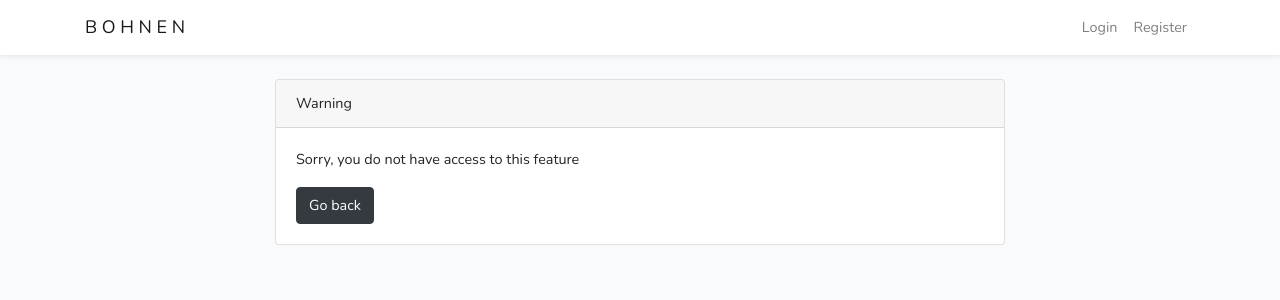
Repository: davidbohnen/BOHNEN
Page: http://localhost/warn
An editor plug-in stored every save of this project. The page is shown before and after the next save, followed by the edit.
The browser window is 1280 px wide. The pictures show the whole page.
The page is served by the project's Laravel application, run on PHP 8.4 with Laravel 8. Other server files are loaded and not shown.

Above is the page before, as saved 2020-05-05 22:29:55.

### routes/web.php
<?php

use Illuminate\Support\Facades\Route;

/*
|--------------------------------------------------------------------------
| Web Routes
|--------------------------------------------------------------------------
|
| Here is where you can register web routes for your application. These
| routes are loaded by the RouteServiceProvider within a group which
| contains the "web" middleware group. Now create something great!
|
*/

Route::get('/', function () {
    return view('welcome');
});

Auth::routes();

Route::get('/home', 'HomeController@index')->name('home');

Route::get('/post/create', 'PostController@create');
Route::post('/post', 'PostController@store');
Route::get('/warn', 'IndexController@warn');
Route::get('/post/{post}', 'PostController@show');

Route::get('/public', 'IndexController@public');

Route::get('/news', 'IndexController@news');


Route::get('/about', 'IndexController@about');
Route::get('/more', 'IndexController@more');
Route::get('/history', 'IndexController@history');
Route::get('/record', 'IndexController@record');
Route::get('/contact', 'IndexController@contact');
Route::get('/live', 'IndexController@live');

### app/Http/Controllers/IndexController.php
<?php

namespace App\Http\Controllers;

use Illuminate\Http\Request;

class IndexController extends Controller
{


    public function index(){

        return view('index');
    }

    public function about(){

        return view('about');
    }

    public function more(){

        return view('more');
    }

    public function history(){

        return view('history');
    }

    public function record(){

        return view('record');
    }

    public function contact(){

        return view('contact');
    }

    public function live(){

        return view('live');
    }

    public function public(){

        return view('public');
    }

    public function warn(){

        return view('warn');
    }

    public function news(){

        return view('news');
    }

}

### resources/views/warn.blade.php
@extends('layouts.app')
@section('content')
<div class="container">
    <div class="row justify-content-center">
        <div class="col-md-8">
            <div class="card">
                <div class="card-header">Warning</div>

                <div class="card-body">
                    @if (session('status'))
                        <div class="alert alert-success" role="alert">
                            {{ session('status') }}
                        </div>
                    @endif
                    <p>Sorry, you do not have access to this feature</p>
                <a href="/home" class="btn btn-dark">Go back</a>

                </div>
            </div>
        </div>
    </div>
</div>
@endsection

### resources/views/layouts/app.blade.php
<!doctype html>
<html lang="{{ str_replace('_', '-', app()->getLocale()) }}">
<head>
    <meta charset="utf-8">
    <meta name="viewport" content="width=device-width, initial-scale=1">

    <!-- CSRF Token -->
    <meta name="csrf-token" content="{{ csrf_token() }}">

    <title>{{ config('BOHNEN', 'B O H N E N') }}</title>


    <!-- Scripts -->
    <script src="{{ asset('js/app.js') }}" defer></script>

    <!-- Fonts -->
    <link rel="dns-prefetch" href="//fonts.gstatic.com">
    <link href="https://fonts.googleapis.com/css?family=Nunito" rel="stylesheet">

    <!-- Styles -->
    <link href="{{ asset('css/app.css') }}" rel="stylesheet">
</head>
<body>
    <div id="app">
        <nav class="navbar navbar-expand-md navbar-light bg-white shadow-sm">
            <div class="container">
                <a class="navbar-brand" href="{{ url('/') }}">
                    {{ config('BOHNEN', 'B O H N E N') }}
                </a>
                <button class="navbar-toggler" type="button" data-toggle="collapse" data-target="#navbarSupportedContent" aria-controls="navbarSupportedContent" aria-expanded="false" aria-label="{{ __('Toggle navigation') }}">
                    <span class="navbar-toggler-icon"></span>
                </button>

                <div class="collapse navbar-collapse" id="navbarSupportedContent">
                    <!-- Left Side Of Navbar -->
                    <ul class="navbar-nav mr-auto">

                    </ul>

                    <!-- Right Side Of Navbar -->
                    <ul class="navbar-nav ml-auto">
                        <!-- Authentication Links -->
                        @guest
                            <li class="nav-item">
                                <a class="nav-link" href="{{ route('login') }}">{{ __('Login') }}</a>
                            </li>
                            @if (Route::has('register'))
                                <li class="nav-item">
                                    <a class="nav-link" href="{{ route('register') }}">{{ __('Register') }}</a>
                                </li>
                            @endif
                        @else
                            <li class="nav-item dropdown">
                                <a id="navbarDropdown" class="nav-link dropdown-toggle" href="#" role="button" data-toggle="dropdown" aria-haspopup="true" aria-expanded="false" v-pre>
                                    {{ Auth::user()->name }} <span class="caret"></span>
                                </a>

                                <div class="dropdown-menu dropdown-menu-right" aria-labelledby="navbarDropdown">
                                <a class="dropdown-item" href="/home">Home

                                       </a>

                                       <a class="dropdown-item" href="/public">Public View

                                       </a>

                                    <a class="dropdown-item" href="{{ route('logout') }}"
                                       onclick="event.preventDefault();
                                                     document.getElementById('logout-form').submit();">
                                        {{ __('Logout') }}
                                    </a>

                                    <form id="logout-form" action="{{ route('logout') }}" method="POST" style="display: none;">
                                        @csrf
                                    </form>
                                </div>
                            </li>
                        @endguest
                    </ul>
                </div>
            </div>
        </nav>

        <main class="py-4">
            @yield('content')
        </main>
    </div>
</body>
</html>

Loaded but not shown: app/Http/Controllers/Auth/LoginController.php (common file); app/Http/Controllers/Controller.php (common file); app/Http/Controllers/Auth/ConfirmPasswordController.php (common file); public/css/app.css (library)

After the next save:
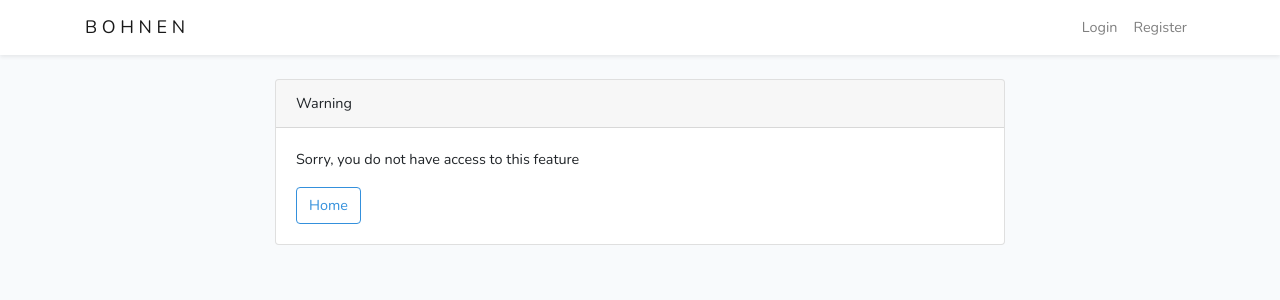
Saved 13 s later.
--- a/resources/views/warn.blade.php
+++ b/resources/views/warn.blade.php
@@ -13,7 +13,7 @@
                         </div>
                     @endif
                     <p>Sorry, you do not have access to this feature</p>
-                <a href="/home" class="btn btn-dark">Go back</a>
+                <a href="/home" class="btn btn-outline-primary my-2 my-sm-0">Home</a>
 
                 </div>
             </div>
